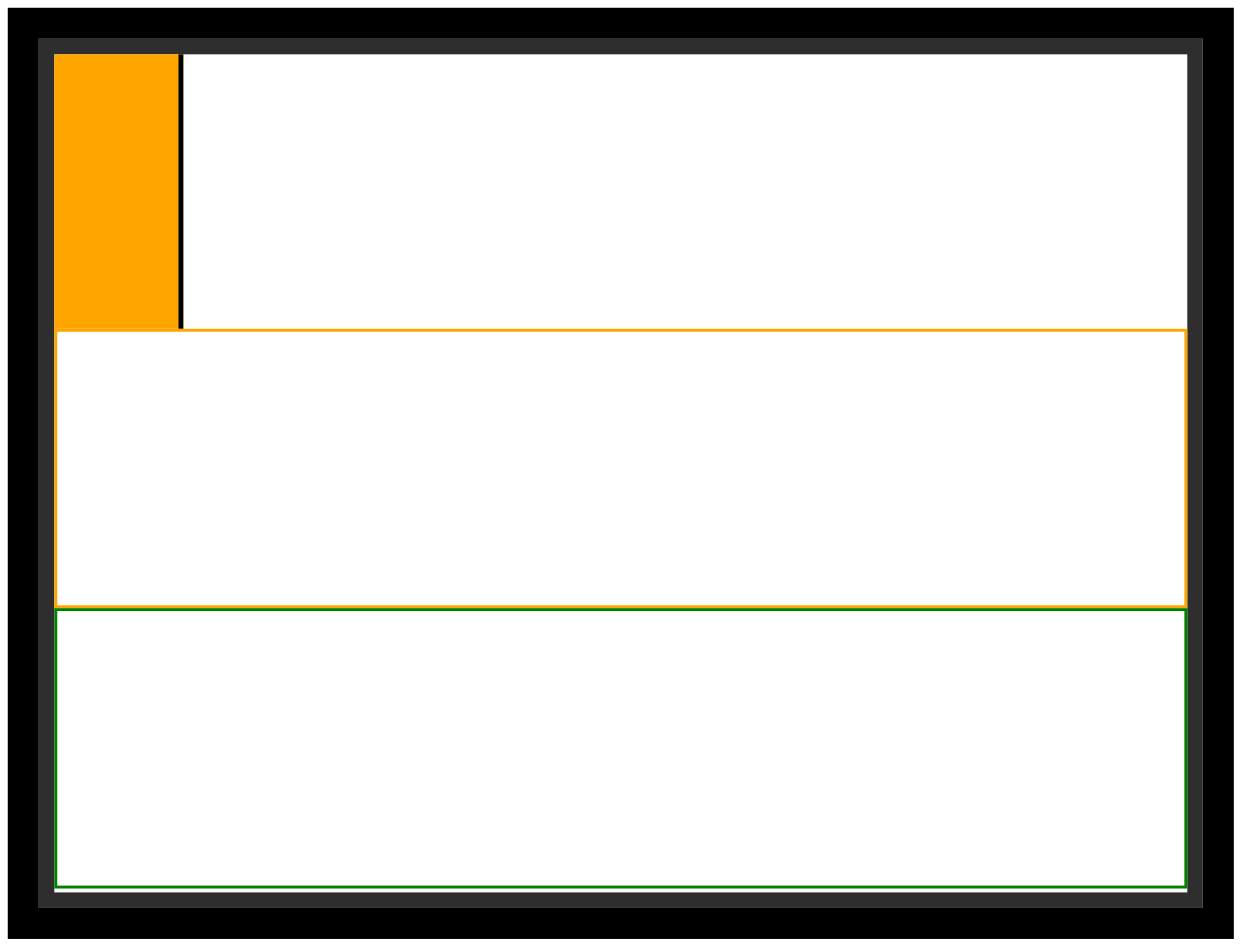
Repository: Tsardines/mondrian
Page: index.html
These files come from the project's save history. The page is drawn as it stood at one moment and after the next save; the edit follows.
The browser window is 1280 px wide. The pictures show the whole page, at 97% of full size.
Some web fonts or font styles are not loaded; a fallback is used.

Above is the page before, as saved 2019-10-20 16:13:20.

### index.html
<!DOCTYPE html>
<html>
  <head>
    <meta charset="UTF-8">
  <meta http-equiv="X-UA-Compatible" content="IE=edge,chrome=1">
  <meta name="viewport" content="width=device-width,initial-scale=1">
    <title>title</title>
  <meta name="author" content="name">
  <meta name="description" content="description here">
  <meta name="keywords" content="keywords,here">
  <link rel="stylesheet" href="//fonts.googleapis.com/css?family=font1|font2|etc" type="text/css">
  <link rel="stylesheet" href="styles.css" type="text/css">
  </head>
  <body>

    <div id="canvas">
        <div class="grid__container">
            <div class="grid__top">
                <div class="top__rect"></div>


            </div>
            <div class="grid__middle">



            </div>
            <div class="grid__bottom">



            </div>
    </div>
</div>

  </body>
</html>

### styles.css
#canvas {
    border: 2rem solid black;
    /* display: block; */
    height: 56rem;
}

.grid__container {
    border: 1rem solid rgb(46, 46, 46);
    height: 54rem;
}

.grid__top {
    /* border: 3px solid red; */
    height: 32.7%;
}

.grid__middle {
    border: 3px solid orange;
    height: 32.7%;
}

.grid__bottom {
    border: 3px solid green;
    height: 32.7%;
}

.top__rect {
    background-color: orange;
    border-right: 5px solid black;
    height: 100%;
    width: 8rem;
}

After the next save:
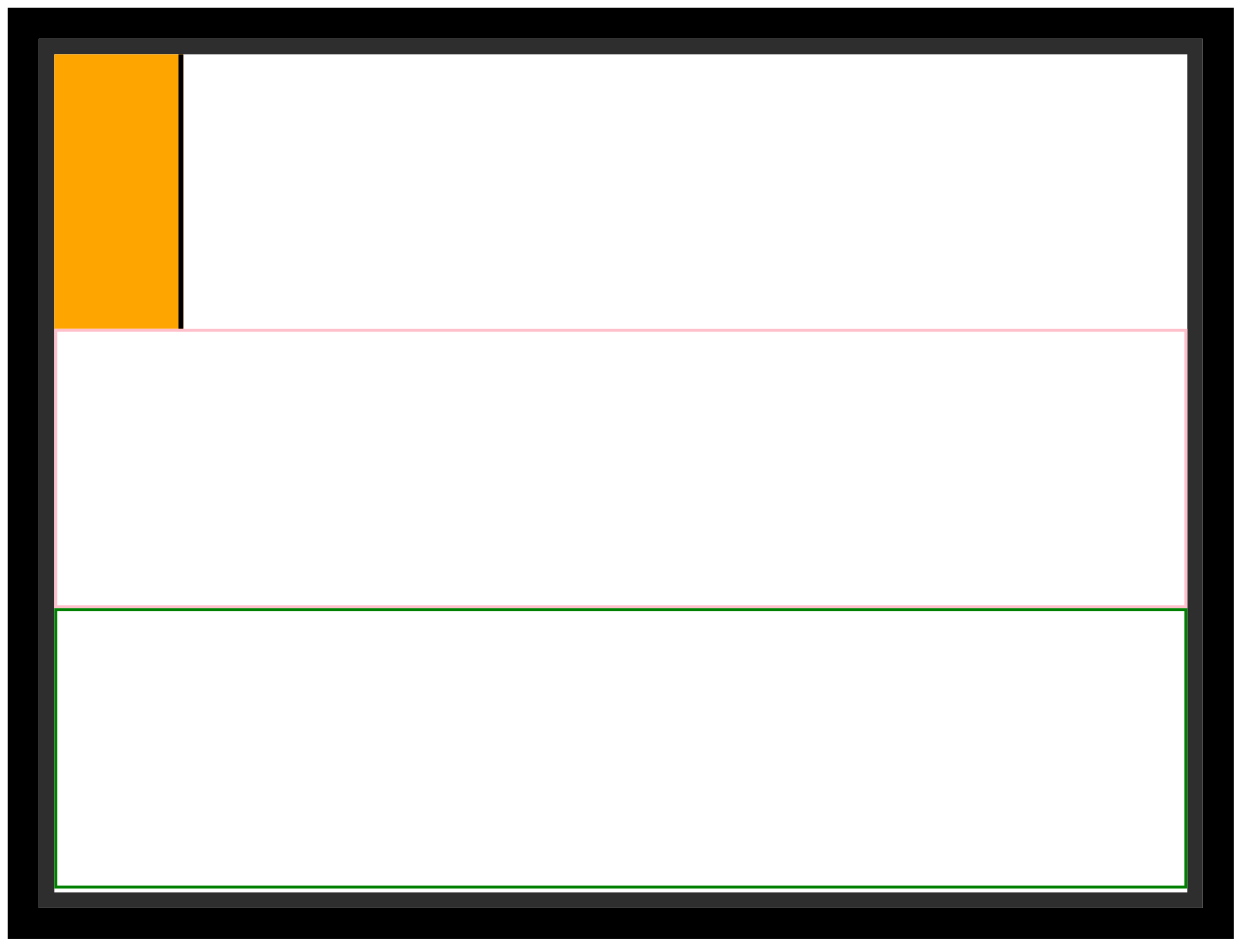
Saved 6 s later.
--- a/styles.css
+++ b/styles.css
@@ -15,7 +15,7 @@
 }
 
 .grid__middle {
-    border: 3px solid orange;
+    border: 3px solid pink;
     height: 32.7%;
 }
 
